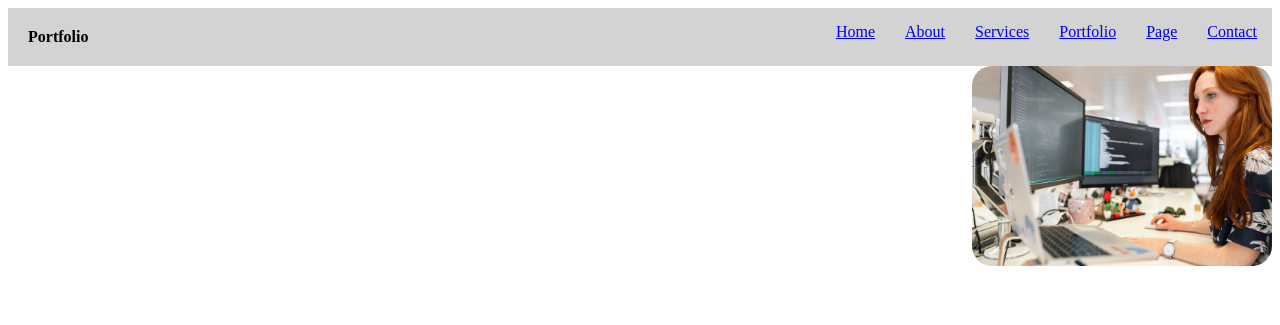
Repository: Tobby004/bdc_task_1
Page: index.html
The author's editor kept a copy of each file at every save. The page is drawn from the files as they stood at one save, then again after the next save.
The browser window is 1280 px wide. The pictures show the whole page.

Above is the page before, as saved 2023-02-18 23:57:23.

### index.html
<!DOCTYPE html>
<html lang="en">
<head>
    <meta charset="UTF-8">
    <meta http-equiv="X-UA-Compatible" content="IE=edge">
    <meta name="viewport" content="width=device-width, initial-scale=1.0">
    <title>Template</title>
    <link rel="stylesheet" href="task.css">
</head>
<header>
    <b> Portfolio</b>
    <a href="#">Home</a>
    <a href="#">About</a>
    <a href="#">Services</a>
    <a href="#">Portfolio</a>
    <a href="#">Page</a>
    <a href="#">Contact</a>
</header>
<body>
    <img src="img1.jpeg">
    <h1> </h1>
</body>
</html>

### task.css
* {
    box-sizing: border-box;
}
header {
    display: flex;
    background: lightgray

}
header b {
    display: flex;
    padding: 20px;
    margin-right: 300px;
    width: 50%;

}
header a {
    padding: 15px;
    display: flex;
}
img {
    width: 300px;
    float: right;
    border-radius: 20px;

}

After the next save:
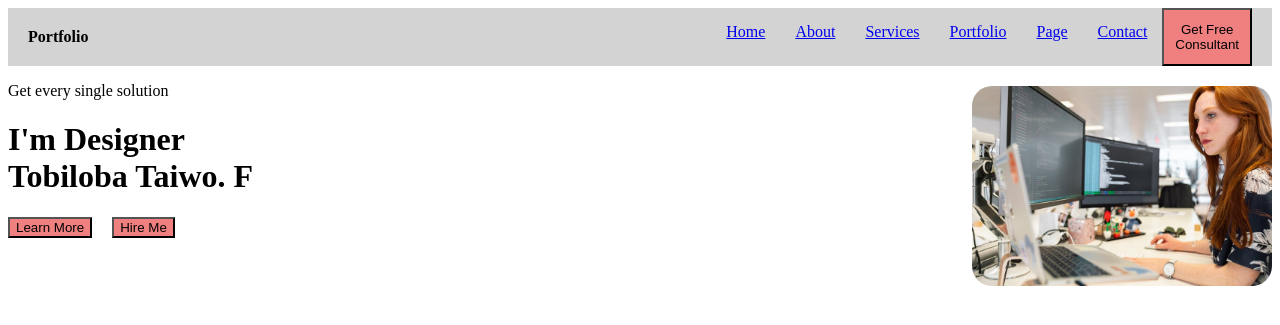
Saved 24 min 29 s later.
--- a/index.html
+++ b/index.html
@@ -15,9 +15,12 @@
     <a href="#">Portfolio</a>
     <a href="#">Page</a>
     <a href="#">Contact</a>
+    <button>Get Free Consultant</button>
 </header>
 <body>
     <img src="img1.jpeg">
-    <h1> </h1>
+    <p>Get every single solution</p>
+    <h1> I'm Designer <br> Tobiloba Taiwo. F</h1>
+    <button>Learn More</button><button>Hire Me</button>
 </body>
 </html>
--- a/task.css
+++ b/task.css
@@ -19,7 +19,11 @@
 }
 img {
     width: 300px;
+    margin-top: 20px;
     float: right;
     border-radius: 20px;
-
 }
+button {
+    margin-inline-end: 20px;
+    background-color: lightcoral;
+}
